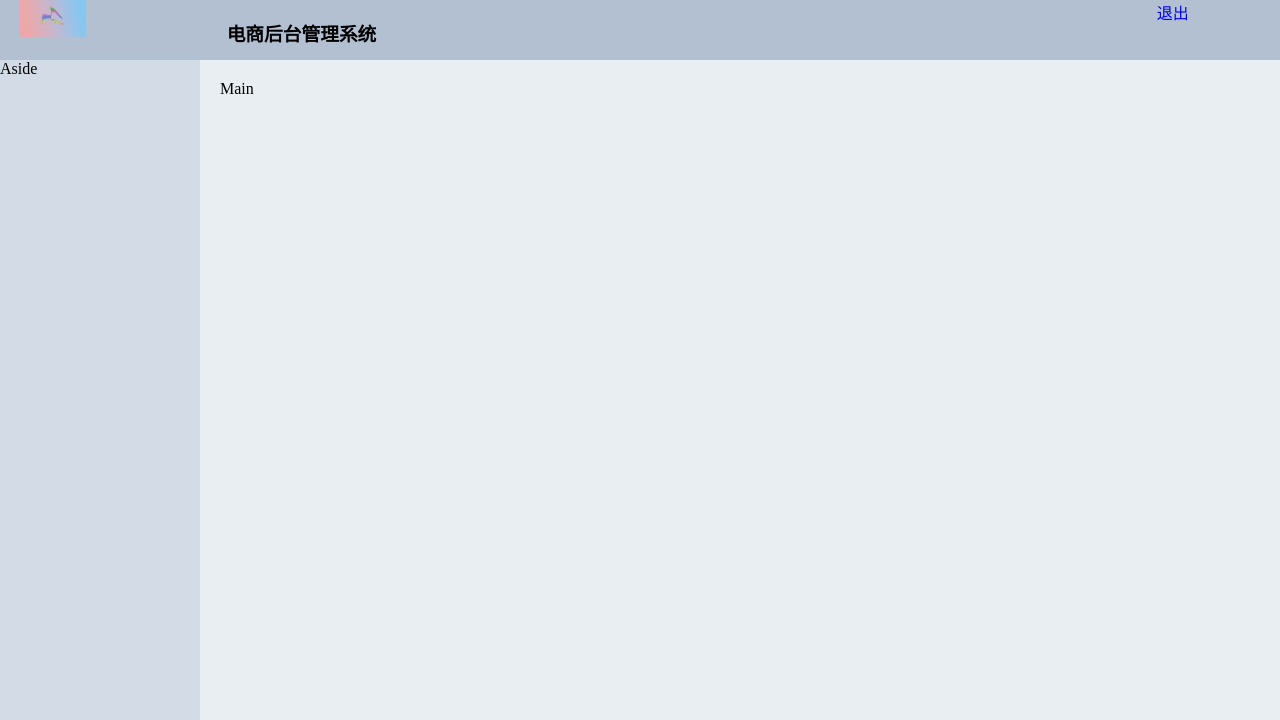
Repository: StenphonCook/mallmanger_my
Page: /
The author's editor kept a copy of each file at every save. The page is drawn from the files as they stood at one save, then again after the next save.
The browser window is 1280 px wide. The pictures show the whole page.
The project was rebuilt for these pictures with package versions that can differ from the ones it lists, and the page was loaded fresh each time. Also part of the build but not shown: src/components/login/login.vue.

Above is the page before, as saved 2022-05-18 22:10:05.

After the next save:
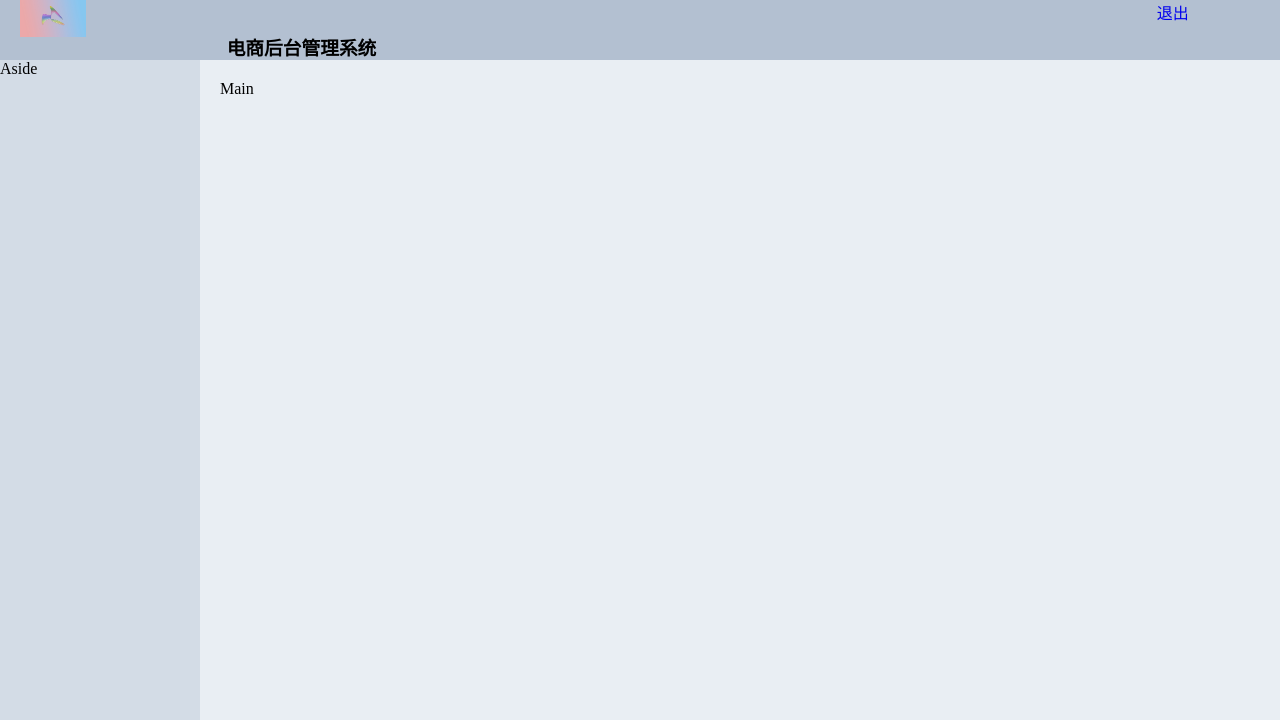
Saved 21 s later.
--- a/src/components/home/home.vue
+++ b/src/components/home/home.vue
@@ -46,7 +46,7 @@
     }
     /* 头部样式 */
     .middle{
-
+        line-height: 60px;
     }
     .loginOut{
         text-decoration: none;
